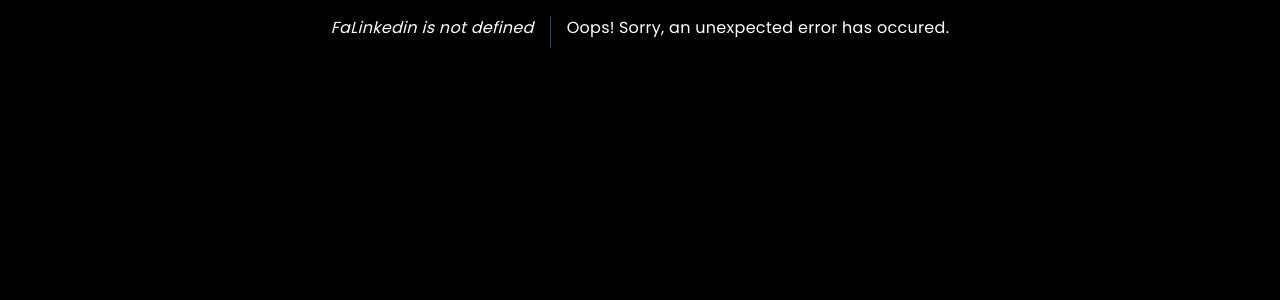
Repository: Wafaabahgat/Portfolio
Page: /
An editor plug-in stored every save of this project. The page is shown before and after the next save, followed by the edit.
The browser window is 1280 px wide. The pictures show the whole page.
The project was rebuilt for these pictures with package versions that can differ from the ones it lists, and the page was loaded fresh each time. Also part of the build but not shown: vite.config.ts, src/App.css.

Above is the page before, as saved 2023-12-08 03:26:33.
Console error: ReferenceError: FaLinkedin is not defined

After the next save:
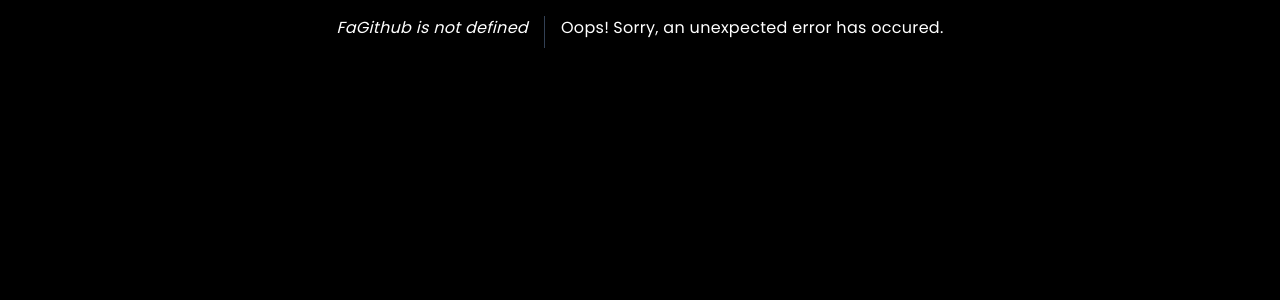
Console error: ReferenceError: FaGithub is not defined
Saved 5 s later.
--- a/src/components/home/Hero.tsx
+++ b/src/components/home/Hero.tsx
@@ -24,9 +24,9 @@ const Hero: FC<HeroProps> = () => {
             experience in Reactjs. Equipped with experience in Tailwindcss.
           </p>
           <div>
+          <FaGithub />
           <FaLinkedin />
           <FaFacebookF />
-          <FaGithub />
           <FiTwitter />
 
           </div>
